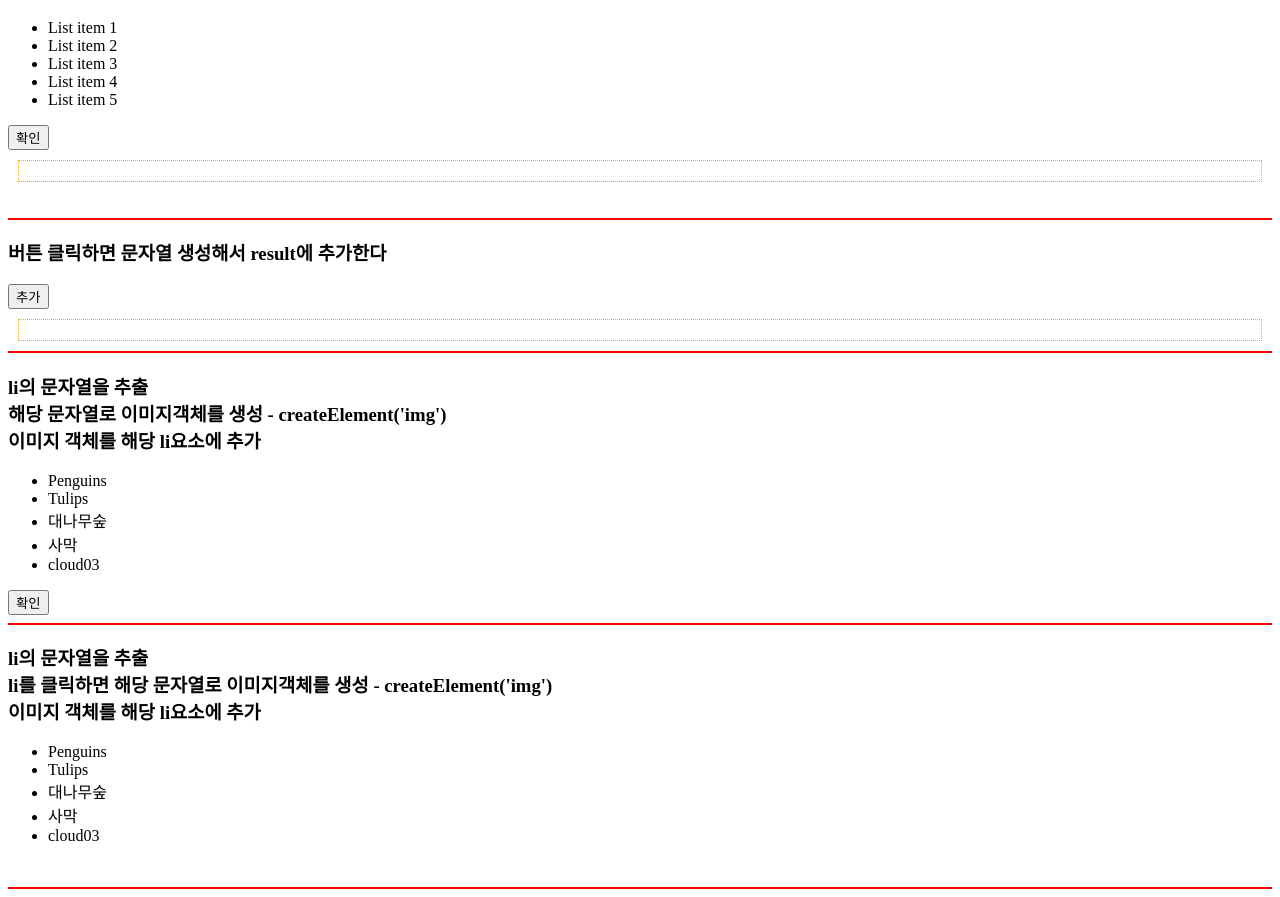
Repository: solsol7/ddit-html
Page: webpro/WebContent/0713/dom객체1.html
The author's editor kept a copy of each file at every save. The page is drawn from the files as they stood at one save, then again after the next save.
The browser window is 1280 px wide. The pictures show the whole page.
After loading, the first visible `li[onclick="proc3(this)"]` was clicked once.

Above is the page before, as saved 2023-07-13 08:08:19.

After the next save:
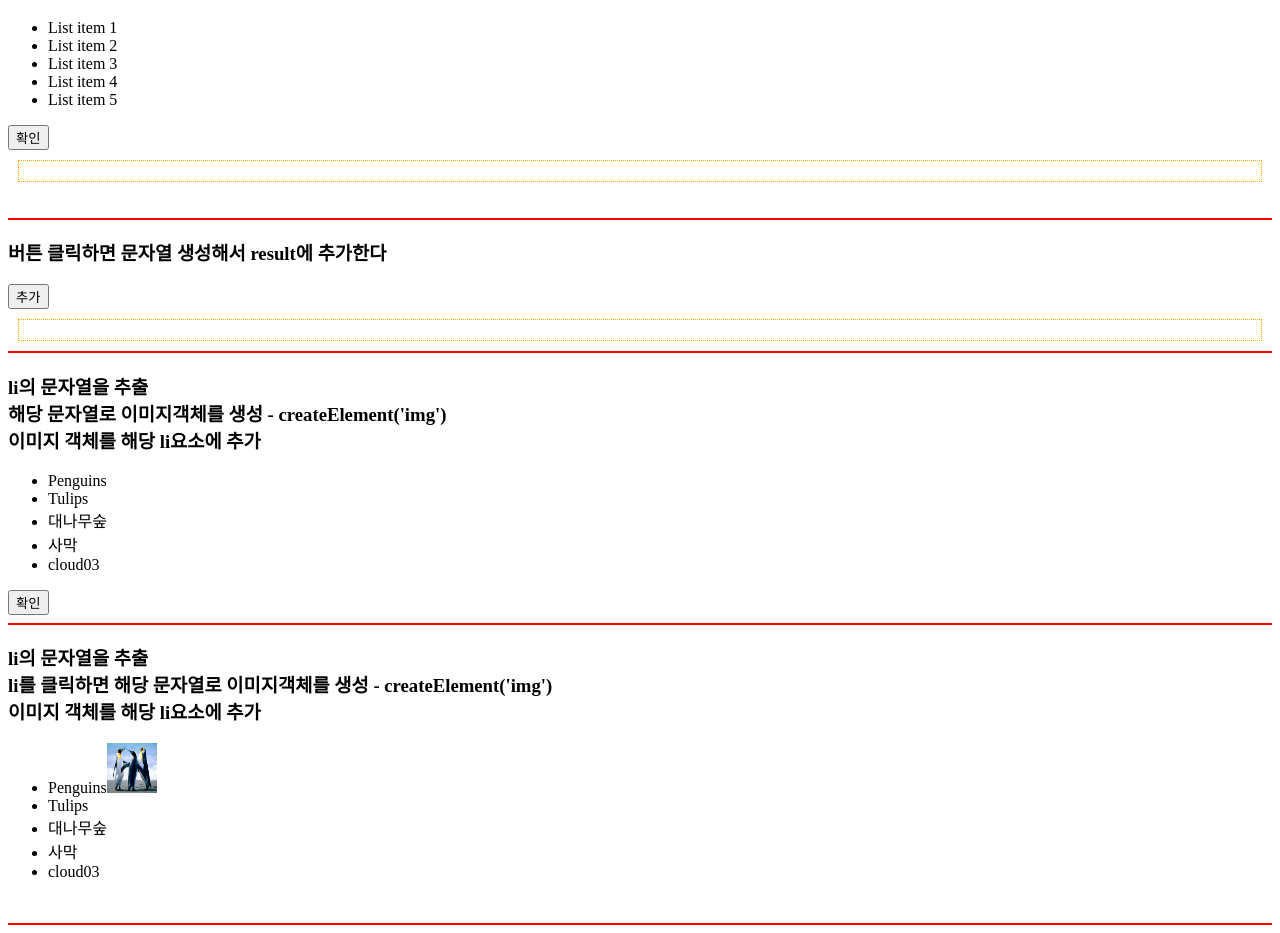
Saved 64 s later.
--- a/webpro/WebContent/0713/dom객체1.html
+++ b/webpro/WebContent/0713/dom객체1.html
@@ -62,8 +62,11 @@ proc3 = (vli) => {
 
 	//img객체를 생성
 	vimg = document.createElement('img');
-	vimg.src = "../images/"+vstr +".jpg";
+// 	vimg.src = "../images/"+vstr +".jpg";
+	vimg.src = `../images/${vstr}.jpg`;
 	vimg.alt = vstr;
+
+	vli.appendChild(vimg);
 }
 </script>
 
